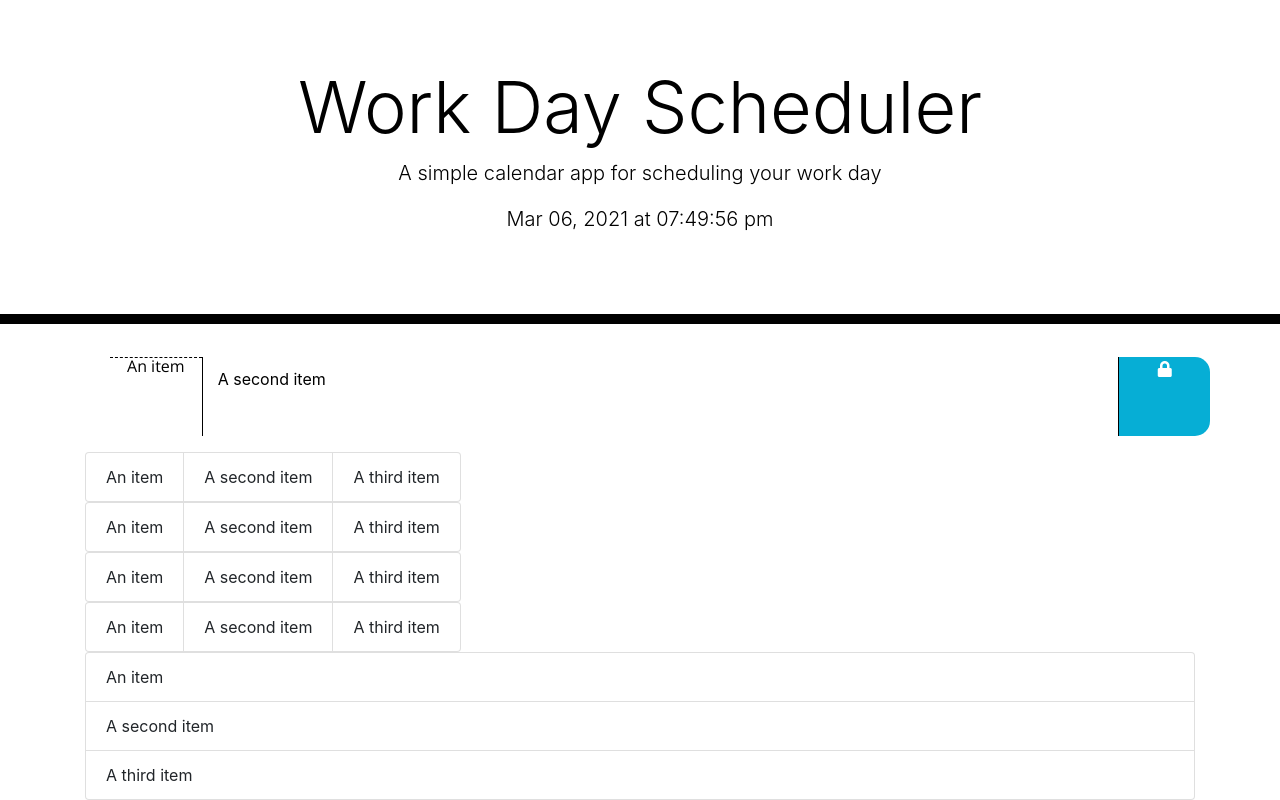
Repository: ziffoit/Work-Day_Scheduler
Page: Develop/index.html
These files come from the project's save history. The page is drawn as it stood at one moment and after the next save; the edit follows.
The browser window is 1280 px wide. The pictures show the whole page.
Some web libraries are served in a nearby version.

Above is the page before, as saved 2021-03-17 18:53:58.

After the next save:
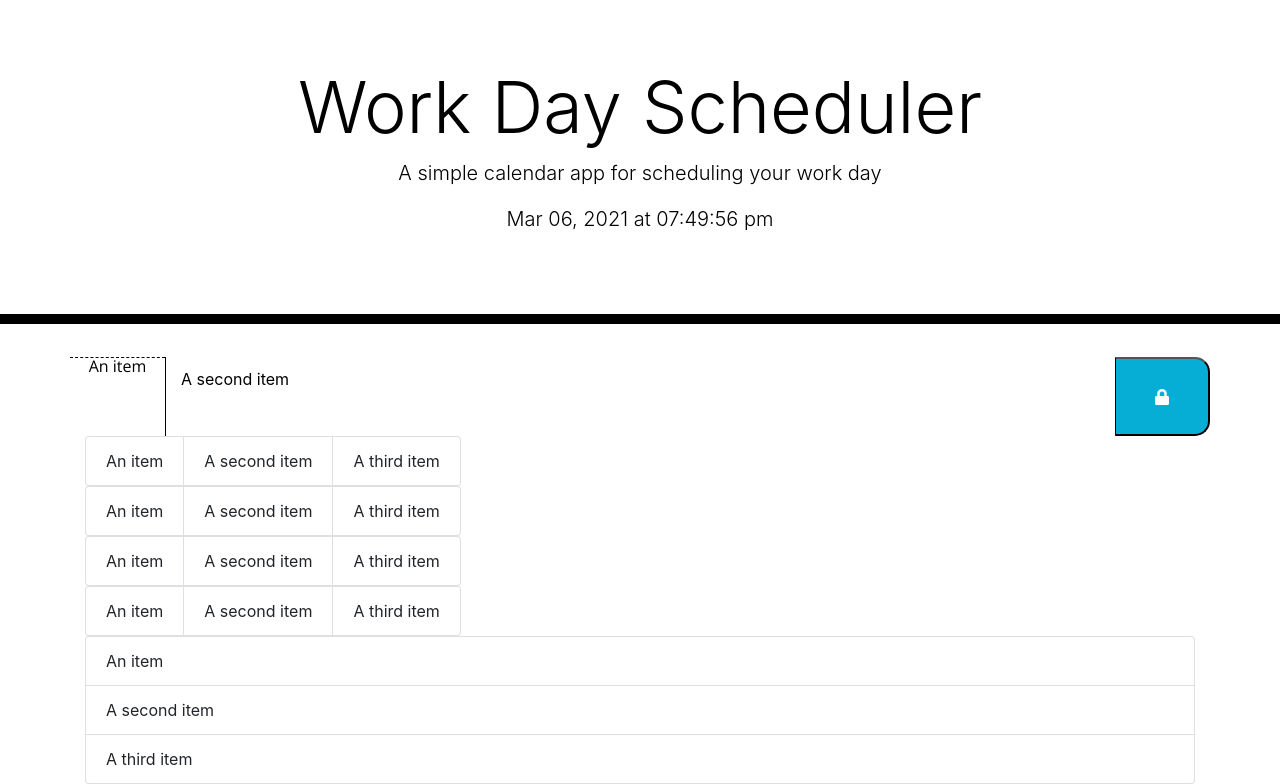
Saved 79 s later.
--- a/Develop/index.html
+++ b/Develop/index.html
@@ -29,11 +29,11 @@
       <p id="currentDay" class="lead"></p>
     </header>
     <div class="container">
-      <ul class="row time-block">
+      <div class="row time-block">
         <hourbody class="col-1 hour">An item</hourbody>
         <textarea class="col-10 description">A second item</textarea>
-        <li class="col-1 saveBtn"><i class="fas fa-lock"></i></li>
-      </ul>
+        <button class="col-1 saveBtn"><i class="fas fa-lock"></i></button>
+      </div>
       <ul class="list-group list-group-horizontal-sm">
         <li class="list-group-item">An item</li>
         <li class="list-group-item">A second item</li>
